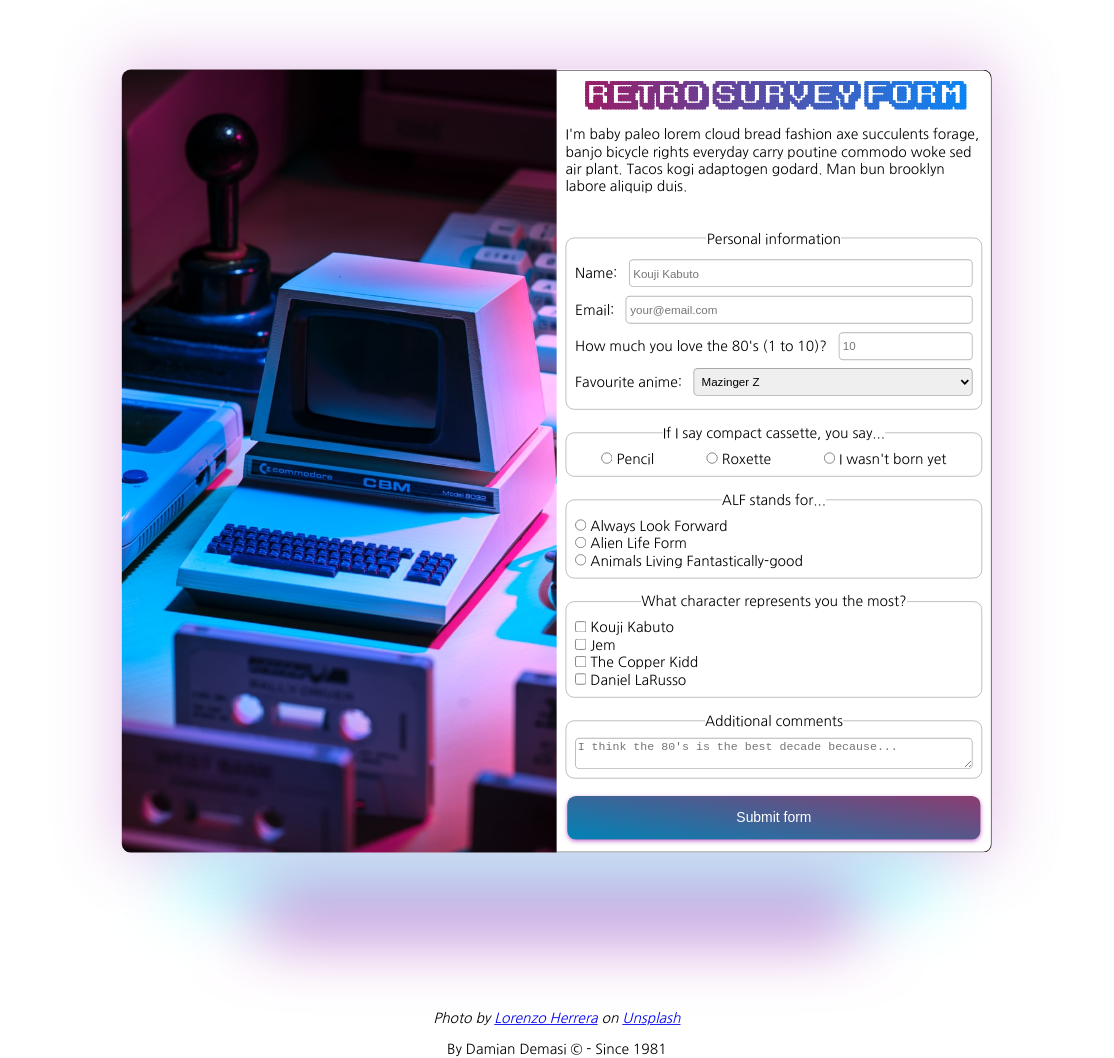
Repository: Colo-Codes/freecodecamp-02-Build-a-Survey-Form
Page: index.html
The author's editor kept a copy of each file at every save. The page is drawn from the files as they stood at one save, then again after the next save.
The browser window is 1280 px wide. The pictures show the whole page, at 87% of full size.
The pointer rests on the first visible `input[type=submit]`.

Above is the page before, as saved 2021-05-19 08:47:46.

### index.html
<!DOCTYPE html>
<html lang="en">

<head>
    <meta charset="UTF-8">
    <meta http-equiv="X-UA-Compatible" content="IE=edge">
    <meta name="viewport" content="width=device-width, initial-scale=1.0">
    <link rel="stylesheet" href="./resources/css/index.css" type="text/css">
    <link rel="preconnect" href="https://fonts.gstatic.com">
    <link href="https://fonts.googleapis.com/css2?family=Nanum+Gothic:wght@400;800&display=swap" rel="stylesheet">
    <title>Retro Survey Form</title>
</head>

<body>
    <main id="grid-container">
        <header>
            <h1 id="title">Retro Survey Form</h1>
            <p id="description">I'm baby paleo lorem cloud bread fashion axe succulents forage, banjo bicycle rights
                everyday carry poutine commodo woke sed air plant. Tacos kogi adaptogen godard. Man bun brooklyn labore
                aliquip duis.</p>
        </header>
        <section>
            <form action="#" id="survey-form" method="POST">
                <fieldset id="personal-info">
                    <legend>Personal information</legend>
                    <label for="name" id="name-label">
                        Name: <input type="text" id="name" placeholder="Kouji Kabuto" required>
                    </label>
                    <label for="email" id="email-label">
                        Email: <input type="email" id="email" placeholder="your@email.com" required> <!-- validate -->
                    </label>
                    <label for="number" id="number-label">
                        How much you love the 80's (1 to 10)? <input type="number" id="number" placeholder="10" min="1"
                            max="10" required>
                    </label>
                    <label for="dropdown"> Favourite anime:
                        <select name="favourite" id="dropdown">
                            <option value="mazinger-z">Mazinger Z</option>
                            <option value="macross-robotech">Macross (Robotech)</option>
                            <option value="crusher-joe">Crusher Joe</option>
                            <option value="momo">Magical Princess Minky Momo</option>
                            <option value="gundam">Mobile Suit Zeta Gundam</option>
                            <option value="dragon-ball">Dragon Ball</option>
                            <option value="galactic-heroes">Legend of the Galactic Heroes</option>
                        </select>
                    </label>
                </fieldset>

                <fieldset id="cassette">
                    <legend>If I say compact cassette, you say...</legend>
                    <label for="pencil">
                        <input type="radio" name="cassette-match" value="pencil" id="pencil"> Pencil
                    </label>
                    <label for="roxette">
                        <input type="radio" name="cassette-match" value="roxette" id="roxette"> Roxette
                    </label>
                    <label for="not-born">
                        <input type="radio" name="cassette-match" value="not-born" id="not-born"> I wasn't born yet
                    </label>
                </fieldset>
                <fieldset id="alf">
                    <legend>ALF stands for...</legend>
                    <label for="always">
                        <input type="radio" name="alf" value="always" id="always"> Always Look Forward
                    </label>
                    <label for="alien">
                        <input type="radio" name="alf" value="alien" id="alien"> Alien Life Form
                    </label>
                    <label for="animals">
                        <input type="radio" name="alf" value="animals" id="animals"> Animals Living Fantastically-good
                    </label>
                </fieldset>
                <fieldset id="character">
                    <legend>What character represents you the most?</legend>
                    <label for="koji">
                        <input type="checkbox" name="character" value="koji" id="koji"> Kouji Kabuto
                    </label>
                    <label for="jem">
                        <input type="checkbox" name="character" value="jem" id="jem"> Jem
                    </label>
                    <label for="copper">
                        <input type="checkbox" name="character" value="copper" id="copper"> The Copper Kidd
                    </label>
                    <label for="larusso">
                        <input type="checkbox" name="character" value="larusso" id="larusso"> Daniel LaRusso
                    </label>
                </fieldset>
                <fieldset id="additional-comments">
                    <legend>Additional comments</legend>
                    <textarea name="additional-comments" id="textarea" cols="50" placeholder="I think the 80's is the best decade because..."></textarea>
                </fieldset>
                <div id="submit">
                    <input type="submit" value="Submit form">
                </div>
            </form>
        </section>
        <div id="main-image" role="img" aria-label="Retro computers and devices from the 80's under a blue and violet light"></div>
    </main>
    <div id="glow-1"></div>
    <div id="glow-2"></div>
    <footer>
        <p>Photo by <a href="https://unsplash.com/@lorenzoherrera?utm_source=unsplash&utm_medium=referral&utm_content=creditCopyText" target="_blank">Lorenzo Herrera</a> on <a href="https://unsplash.com/?utm_source=unsplash&utm_medium=referral&utm_content=creditCopyText" target="_blank">Unsplash</a></p>
        <p>By Damian Demasi &copy; - Since 1981</p>
    </footer>
</body>

</html>

### resources/css/index.css
@font-face {
    font-family: 'Karmatic Arcade';
    src: url("../fonts/ka1.ttf");
    font-weight: normal;
    font-style: normal;
}
/* Initial reset */
html {
    box-sizing: border-box;
    font-size: 16px;
}
*, *:before, *:after {
    box-sizing: inherit;
    margin: 0;
    padding: 0;
    /*outline: 1px dashed blue; /* Debugging purposes */
}
/* Grid */
#grid-container {
    width: 1000px; /* TODO media query */
    height: 900px; /* TODO media query */
    display: grid;
    flex-direction: row;
    margin: 5rem auto 50px auto;
    border-radius: 10px;
    /* border: 1px solid red; */
    grid-template: 1fr 1fr / 1fr 1fr;
    box-shadow: 0px -5px 70px 10px rgba(181, 83, 196, .3);

}
#main-image {
    background-image: url(../img/lorenzo-herrera-p0j-mE6mGo4-unsplash.jpg);
    background-repeat: no-repeat;
    background-position: 45%;
    background-size: cover;
    order: -1;
    grid-area: 1 / 1 / 3 / 2; /* the whole left column */
    border-radius: 10px 0 0 10px;
}
header {
    background-color: white;
    grid-area: 1 / 2 / 2 / 3; /* top right */
    border-radius: 0 10px 0 0;
    border-top: 1px solid rgb(26, 6, 18);
    border-right: 1px solid rgb(26, 6, 18);
}
section {
    background-color: white;
    grid-area: 2 / 2 / 3 / 3; /* top right */
    border-radius: 0 0 10px 0;
    border-bottom: 1px solid rgb(10, 1, 4);
    border-right: 1px solid rgb(10, 1, 4);
}
/* Form */
form {
    margin: 10px;
    font-family: 'Nanum Gothic', sans-serif;
}
h1 {
    margin-top: 10px;
    font-family: "Karmatic Arcade", sans-serif;
    text-align: center;
    background: linear-gradient(90deg, #A4155B, #028CFD);
    -webkit-background-clip: text;
    -webkit-text-fill-color: transparent;
}
header p {
    padding: 1em 10px 1em 10px;
    font-family: 'Nanum Gothic', sans-serif;
}
fieldset {
    padding: 10px;
    border: 1px solid rgba(26, 6, 18, .3);
    border-radius: 10px;
    margin-bottom: 1rem;;
}
legend {
    text-align: center;
}
#personal-info {
    display: flex;
    flex-direction: column;
    align-items: stretch;
}
#personal-info label {
    display: flex;
    margin: .3rem 0;
    align-items: center;
}
#personal-info input, #personal-info select {
    flex: 1 1 auto;
    margin-left: 1em;
    padding: 2px 4px;
    height: 2rem;
    border: 1px solid rgba(26, 6, 18, .3);
    border-radius: 5px;
}
#cassette {
    display: flex;
    flex-direction: row;
    flex-direction: row;
    justify-content: space-around;
}
#alf {
    display: flex;
    flex-direction: row;
    flex-flow: column;
    justify-content: space-around;
}
#character {
    display: flex;
    flex-direction: row;
    flex-flow: column;
    justify-content: space-around;
}
#additional-comments {
    display: flex;
}
#additional-comments textarea {
    flex: 1 1 auto;
    padding: 2px;
    max-width: 100%;
    border: 1px solid rgba(26, 6, 18, .3);
    border-radius: 5px;
    resize:vertical; /* will prevent resizing horizontally */
}
#submit {
    display: flex;
}
input[type=submit] {
    flex: 1 1 auto;
    background-color: #832D7C; /* fallback */
    background-image: linear-gradient(90deg, #00B7FD, #C54F9C);
    border: none;
    border-radius: 10px;
    color: white;
    padding: 16px;
    margin: 4px 2px;
    font-size: 1rem;
    cursor: pointer;
    box-shadow: 0 5px 10px rgba(181, 83, 196, .5);
}
input[type=submit]:hover {
    background-image: linear-gradient(10deg, #0083b6, #8c3c70);
    box-shadow: 0 2px 5px rgba(181, 83, 196, .8);
    /* transition: all 1s; */
    -webkit-transition: background-image 0.5s ease-in-out;
    transition: background-image 0.5s ease-in-out;
}
/* Glow */
#glow-1 {
    width: 850px; /* TODO media query */
    margin: -60px auto;
    box-shadow: 0px 40px 80px 10px #0ff;
}
#glow-2 {
    width: 650px; /* TODO media query */
    margin: -60px auto;
    box-shadow: 0px 80px 80px 20px rgb(181, 83, 196);
}
/* Footer */
footer {
    display: flex;
    margin-top: 15rem;
    flex-direction: column;
    justify-content: center;
    font-family: 'Nanum Gothic', sans-serif;
}
footer * {
    margin: 0 auto;
}
footer p:first-child {
    font-style: italic;
    margin-bottom: 1em;
}

After the next save:
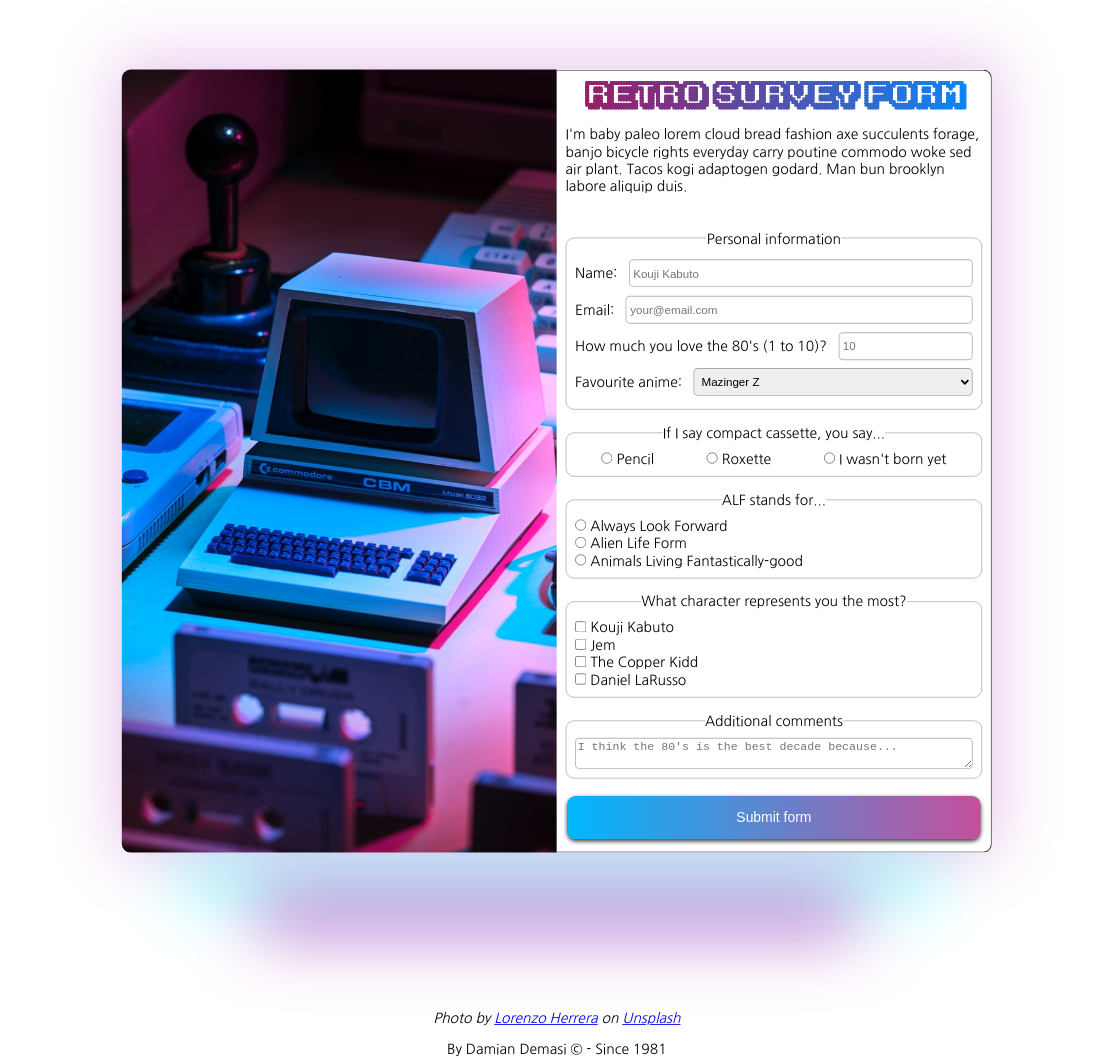
Saved 82 s later.
--- a/resources/css/index.css
+++ b/resources/css/index.css
@@ -141,11 +141,8 @@ input[type=submit] {
     box-shadow: 0 5px 10px rgba(181, 83, 196, .5);
 }
 input[type=submit]:hover {
-    background-image: linear-gradient(10deg, #0083b6, #8c3c70);
-    box-shadow: 0 2px 5px rgba(181, 83, 196, .8);
-    /* transition: all 1s; */
-    -webkit-transition: background-image 0.5s ease-in-out;
-    transition: background-image 0.5s ease-in-out;
+    box-shadow: 0 2px 5px rgba(0, 0, 0, .8);
+    transition: all 1s;
 }
 /* Glow */
 #glow-1 {
